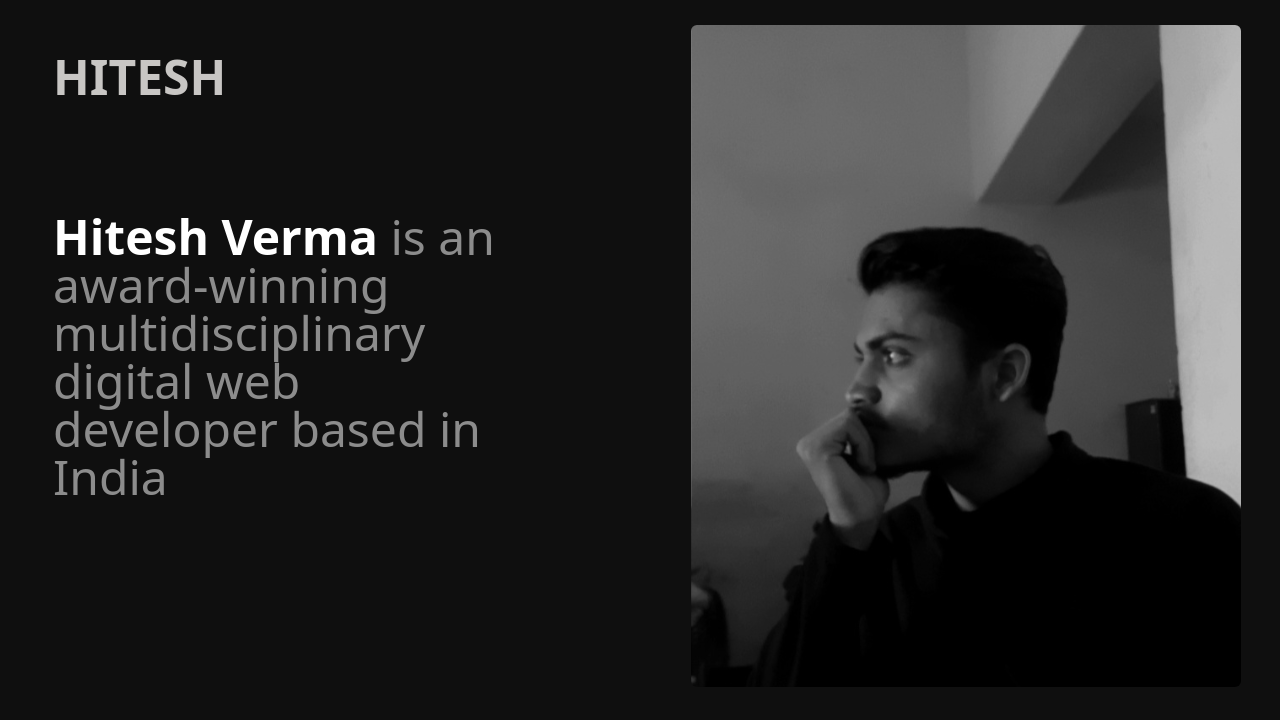
Repository: hitoutvrma/portfolio
Page: /
These files come from the project's save history. The page is drawn as it stood at one moment and after the next save; the edit follows.
The browser window is 1280 px wide. The pictures show the whole page.
The project was rebuilt for these pictures with package versions that can differ from the ones it lists, and the page was loaded fresh each time. Also part of the build but not shown: vite.config.js.

Above is the page before, as saved 2025-03-07 00:58:48.

### src/index.css
@import "tailwindcss";
body{
    background-color: #0f0f0f;
    color: #c8c6c4;
    padding: 25px;
}

### src/App.jsx
import React from 'react'

function App() {
  return (
    <div className=''>
      <div className="sm:flex">
      <div className='hero sm:p-7 sm:text-5xl text-4xl w-[80vw] sm:w-[40vw]'>
      <logo className='text-4xl sm:text-5xl font-semibold'>HITESH</logo>
        <p className='mt-28 text-[#8c8c8c]'><span className='text-white font-semibold'>Hitesh Verma</span> is an award-winning multidisciplinary digital web developer based in India</p>
        </div>
        <div style={{ backgroundImage: "url('/user.jpg')" }} className='sm:ml-[12vw] bg-cover bg-center w-[43vw] h-[92vh]  bg-[#3a3a3a] rounded-md'>
        </div>
      </div>

    </div>
  )
}

export default App

Loaded but not shown: index.html (common file); src/main.jsx (common file)

After the next save:
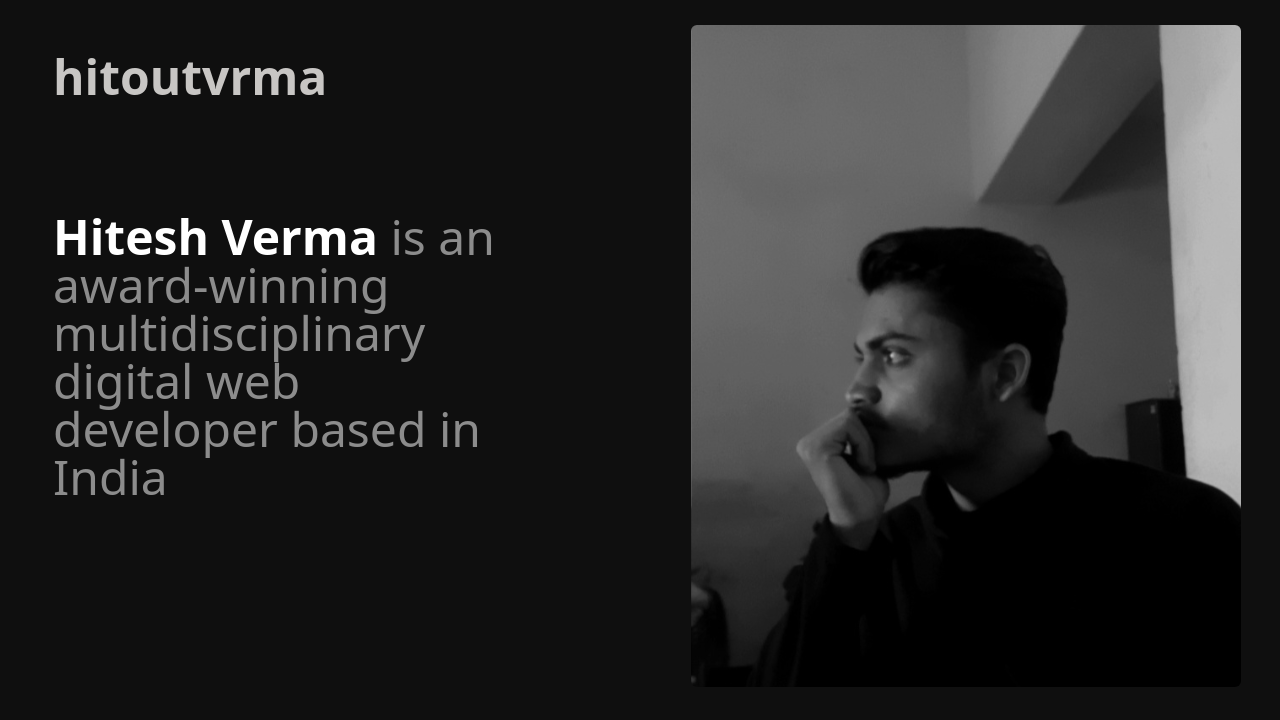
Saved 14 s later.
--- a/src/App.jsx
+++ b/src/App.jsx
@@ -5,7 +5,7 @@ function App() {
     <div className=''>
       <div className="sm:flex">
       <div className='hero sm:p-7 sm:text-5xl text-4xl w-[80vw] sm:w-[40vw]'>
-      <logo className='text-4xl sm:text-5xl font-semibold'>HITESH</logo>
+      <logo className='text-4xl sm:text-5xl font-semibold'>hitoutvrma</logo>
         <p className='mt-28 text-[#8c8c8c]'><span className='text-white font-semibold'>Hitesh Verma</span> is an award-winning multidisciplinary digital web developer based in India</p>
         </div>
         <div style={{ backgroundImage: "url('/user.jpg')" }} className='sm:ml-[12vw] bg-cover bg-center w-[43vw] h-[92vh]  bg-[#3a3a3a] rounded-md'>
